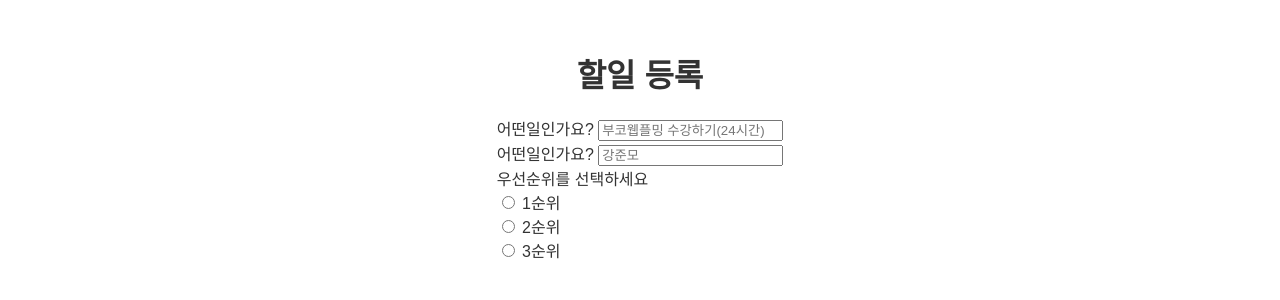
Repository: JmKanmo/BoostCourse_WebProgramming
Page: http://localhost/Todo/TodoFormServlet
An editor plug-in stored every save of this project. The page is shown before and after the next save, followed by the edit.
The browser window is 1280 px wide. The pictures show the whole page.
The page is served by Tomcat 9. Other server files are loaded and not shown.

Above is the page before, as saved 2020-01-20 23:13:32.

### Todo/src/main/webapp/todoForm.jsp
<%@ page language="java" contentType="text/html; charset=UTF-8"
	pageEncoding="UTF-8"%>
<!DOCTYPE html>
<html>
<head>
<meta charset="UTF-8">
<title>Insert title here</title>
<link rel="stylesheet" href="./css/todoForm.css">
</head>

<body>
	<div class="wrap">
		<form action="">
			<h1 class="title">할일 등록</h1>

			<div class="work_box">
				<label for="work">어떤일인가요?</label> <input type="text" id="work"
					class="workInput" placeholder="부코웹플밍 수강하기(24시간)" required />
			</div>

			<div class="who_box">
				<label for="who">어떤일인가요?</label> <input type="text" id="who"
					class="whoInput" placeholder="강준모" required />
			</div>

			<div class="priority_box clear_fix">
				<label for="priority_1th">우선순위를 선택하세요</label>

				<div class="priority clear_fix">
					<input type="radio" id="priority_1th" name="priority" value="1th">
					<label for="priority_1th">1순위</label>
				</div>

				<div class="priority clear_fix">
					<input type="radio" id="priority_2th" name="priority" value="2th">
					<label for="priority_2th">2순위</label>
				</div>

				<div class="priority clear_fix">
					<input type="radio" id="priority_3th" name="priority" value="3th">
					<label for="priority_3th">3순위</label>
				</div>
			</div>
		</form>
	</div>
</body>
</html>

### Todo/src/main/java/Todo/TodoFormServlet.java
package Todo;

import java.io.IOException;

import javax.servlet.RequestDispatcher;
import javax.servlet.ServletException;
import javax.servlet.annotation.WebServlet;
import javax.servlet.http.HttpServlet;
import javax.servlet.http.HttpServletRequest;
import javax.servlet.http.HttpServletResponse;

/**
 * Servlet implementation class TodoFormServlet
 */
@WebServlet("/TodoFormServlet")
public class TodoFormServlet extends HttpServlet {
	private static final long serialVersionUID = 1L;

	/**
	 * @see HttpServlet#HttpServlet()
	 */
	public TodoFormServlet() {
		super();
		// TODO Auto-generated constructor stub
	}

	/**
	 * @see HttpServlet#doGet(HttpServletRequest request, HttpServletResponse
	 *      response)
	 */
	protected void doGet(HttpServletRequest request, HttpServletResponse response)
			throws ServletException, IOException {
		// TODO Auto-generated method stub
		RequestDispatcher requestDispatcher = getServletContext().getRequestDispatcher("/todoForm.jsp");
		requestDispatcher.forward(request, response);
	}

}

### Todo/src/main/webapp/css/todoForm.css
@charset "utf-8";

/* 초기화 */
html, body, h1, h2, h3, ul, ol, p, a, dl, dt, dd, figure {
	margin: 0;
	padding: 0;
	font-family: '나눔 고딕', NanumGothic, '돋움', Dotum, sans-serif;
	list-style: none;
	font-weight: normal;
	text-decoration: none;
	outline: none;
	color: #333;
}

.clear_fix::after {
	display: block;
	content: "";
	clear: both;
}

.blind {
	position: absolute;
	clip: rect(0, 0, 0, 0);
	width: 1px;
	height: 1px;
	margin: -1px;
	overflow: hidden;
}

.wrap {
	width: max-content;
	margin: 50px auto;
}

.wrap .title {
	text-align: center;
	font-weight: bold;
}

.wrap .work_box{
	margin-top:20px;
}

After the next save:
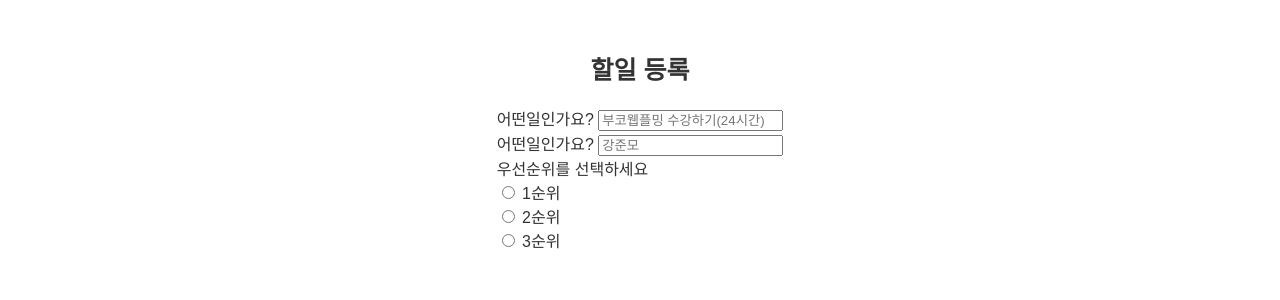
Saved 3 min 4 s later.
--- a/Todo/src/main/webapp/css/todoForm.css
+++ b/Todo/src/main/webapp/css/todoForm.css
@@ -33,6 +33,7 @@ html, body, h1, h2, h3, ul, ol, p, a, dl, dt, dd, figure {
 }
 
 .wrap .title {
+	font-size:25px;
 	text-align: center;
 	font-weight: bold;
 }
